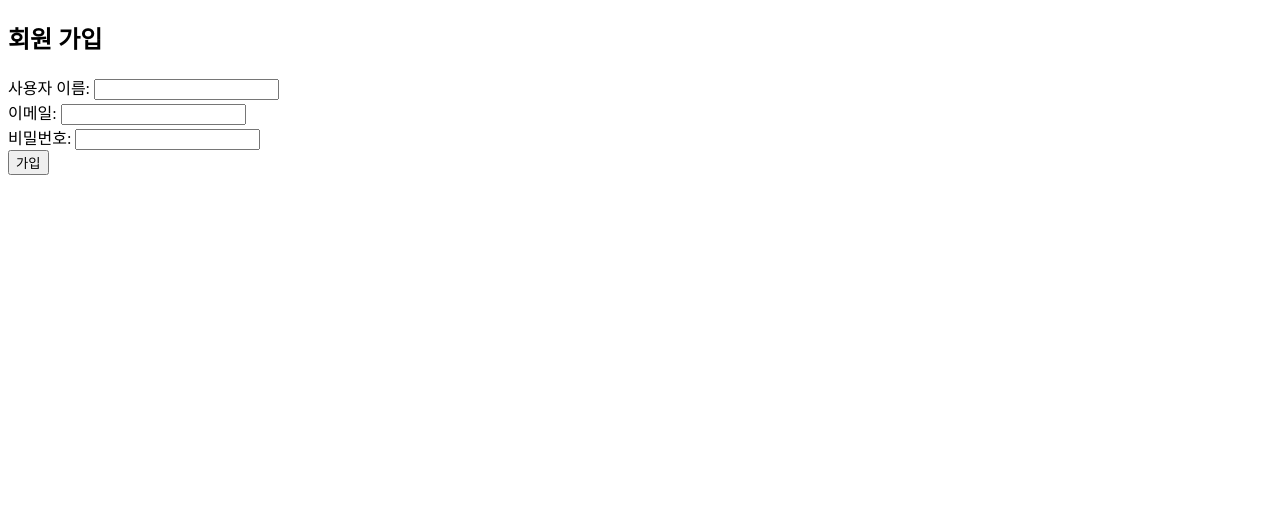
Repository: XenosJM/WEB_CODES
Page: Web01_HTML/src/main/webapp/NewFile.html
An editor plug-in stored every save of this project. The page is shown before and after the next save, followed by the edit.
The browser window is 1280 px wide. The pictures show the whole page.

Above is the page before, as saved 2024-03-19 03:10:31.

After the next save:
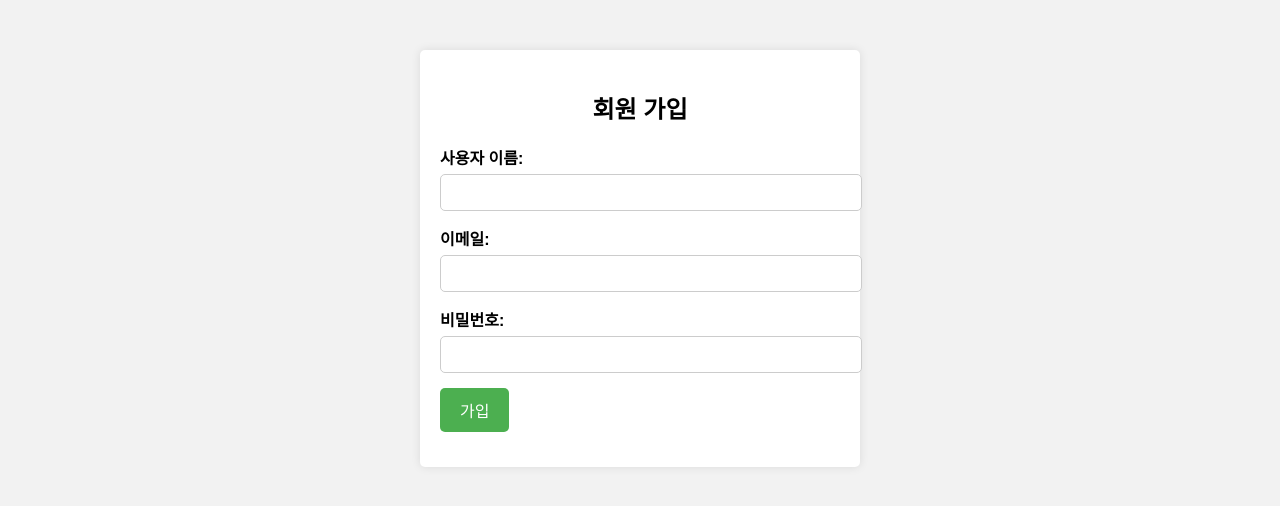
Saved 25 s later.
--- a/Web01_HTML/src/main/webapp/styles.css
+++ b/Web01_HTML/src/main/webapp/styles.css
@@ -1,33 +1,51 @@
-<!DOCTYPE html>
-<html lang="en">
-<head>
-<meta charset="UTF-8">
-<meta name="viewport" content="width=device-width, initial-scale=1.0">
-<title>회원 가입</title>
-<link rel="stylesheet" href="styles.css">
-</head>
-<body>
+body {
+  font-family: Arial, sans-serif;
+  background-color: #f2f2f2;
+  margin: 0;
+  padding: 0;
+}
 
-<div class="container">
-  <form action="submit.php" method="post">
-    <h2>회원 가입</h2>
-    <div class="input-group">
-      <label for="username">사용자 이름:</label>
-      <input type="text" id="username" name="username" required>
-    </div>
-    <div class="input-group">
-      <label for="email">이메일:</label>
-      <input type="email" id="email" name="email" required>
-    </div>
-    <div class="input-group">
-      <label for="password">비밀번호:</label>
-      <input type="password" id="password" name="password" required>
-    </div>
-    <div class="input-group">
-      <button type="submit" class="btn">가입</button>
-    </div>
-  </form>
-</div>
+.container {
+  max-width: 400px;
+  margin: 50px auto;
+  background-color: #fff;
+  padding: 20px;
+  border-radius: 5px;
+  box-shadow: 0 0 10px rgba(0, 0, 0, 0.1);
+}
 
-</body>
-</html>
+.container h2 {
+  text-align: center;
+  margin-bottom: 20px;
+}
+
+.input-group {
+  margin-bottom: 15px;
+}
+
+.input-group label {
+  display: block;
+  font-weight: bold;
+  margin-bottom: 5px;
+}
+
+.input-group input {
+  width: 100%;
+  padding: 10px;
+  border: 1px solid #ccc;
+  border-radius: 5px;
+}
+
+.btn {
+  background-color: #4caf50;
+  color: #fff;
+  padding: 10px 20px;
+  border: none;
+  border-radius: 5px;
+  cursor: pointer;
+  font-size: 16px;
+}
+
+.btn:hover {
+  background-color: #45a049;
+}
